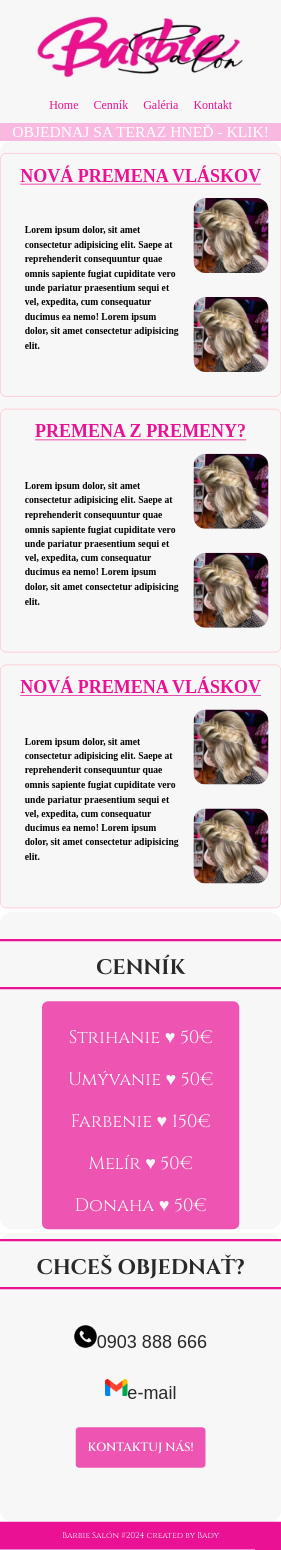
Repository: Badynko/Barbie-salon
Page: index.html
An editor plug-in stored every save of this project. The page is shown before and after the next save, followed by the edit.
The browser window is 375 px wide. The pictures show the whole page, at 75% of full size.
Some web fonts or font styles are not loaded; a fallback is used.

Above is the page before, as saved 2024-08-08 17:57:41.

After the next save:
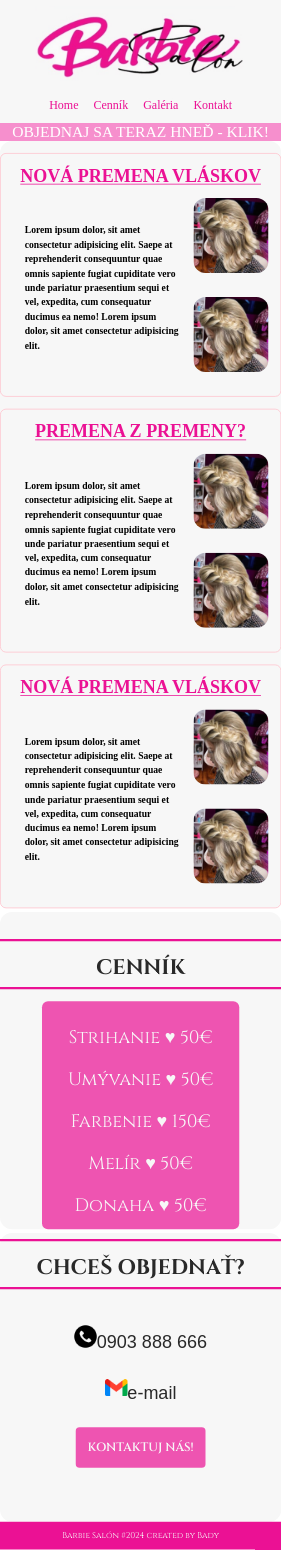
Saved 3 min 40 s later.
--- a/css/style.css
+++ b/css/style.css
@@ -396,12 +396,12 @@
   }
 
   .blink_me {
-    animation: blinker 2s linear infinite;
+    animation: blinker 3s linear infinite;
   }
 
   @keyframes blinker {
     50% {
-      opacity: 0.3;
+      opacity: 0.2;
     }
   }
 }
